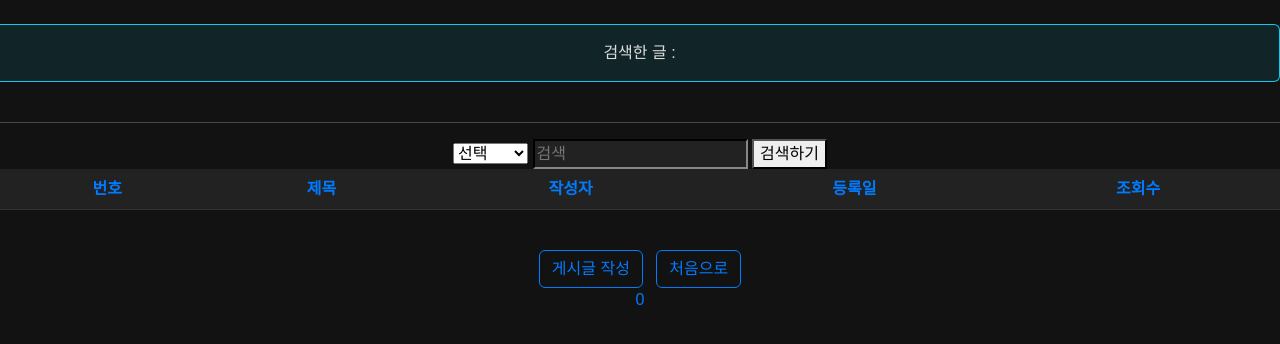
Repository: bbqju13/simai
Page: http://localhost/zip/WEB-INF/views/board/list.jsp
An editor plug-in stored every save of this project. The page is shown before and after the next save, followed by the edit.
The browser window is 1280 px wide. The pictures show the whole page.
The page is served by Tomcat 9. Nobody is signed in. Other server files are loaded and not shown. The template is opened directly, without the code that normally fills it, so the values that code supplies are empty.

Above is the page before, as saved 2023-06-19 06:09:58.

### zip/src/main/webapp/WEB-INF/views/board/list.jsp
<%@ page language="java" contentType="text/html; charset=UTF-8"
	pageEncoding="UTF-8"%>
<%@ taglib uri="http://java.sun.com/jsp/jstl/core" prefix="c"%>
<!DOCTYPE html>
<html>
<head>
<meta charset="UTF-8">
<link
	href="https://cdn.jsdelivr.net/npm/bootstrap@5.2.3/dist/css/bootstrap.min.css"
	rel="stylesheet"
	integrity="sha384-rbsA2VBKQhggwzxH7pPCaAqO46MgnOM80zW1RWuH61DGLwZJEdK2Kadq2F9CUG65"
	crossorigin="anonymous">
<script
	src="https://cdn.jsdelivr.net/npm/bootstrap@5.2.3/dist/js/bootstrap.bundle.min.js"
	integrity="sha384-kenU1KFdBIe4zVF0s0G1M5b4hcpxyD9F7jL+jjXkk+Q2h455rYXK/7HAuoJl+0I4"
	crossorigin="anonymous"></script>
<link rel="stylesheet" href="/resources/css/list.css">
<title>Board list</title>
</head>
<body class="text-center">

	<br>
	<div
		class="p-3 bg-info bg-opacity-10 border border-info border-start-0 rounded-end">
		<span>검색한 글 : ${ph.totalCnt }</span>
	</div>
	<br>
	<hr>
	<form action="/board/list" method="get">
		<div>
			<c:set value="${ph.pgvo.type }" var="typed"></c:set>
			<select name="type">
				<option ${typed == null ? 'selected' : ''}>선택</option>
				<option value="t" ${typed eq 't' ? 'selected' : '' }>|제목|</option>
				<option value="c" ${typed eq 'c' ? 'selected' : '' }>|내용|</option>
				<option value="w" ${typed eq 'w' ? 'selected' : '' }>|작성자|</option>
			</select> <input type="text" name="keyword" placeholder="검색"> <input
				type="hidden" name="pageNo" value="${ph.pgvo.pageNo }"> <input
				type="hidden" name="qty" value="${ph.pgvo.qty }">
			<button type="submit">검색하기</button>
		</div>
	</form>

	<table class="table table-striped">
		<thead>
			<tr>
				<th>번호</th>
				<th>제목</th>
				<th>작성자</th>
				<th>등록일</th>
				<th>조회수</th>
			</tr>
		</thead>
		<tbody>
			<c:forEach items="${list }" var="board">
				<tr>
					<td>${board.bno }</td>
					<td><a href="/board/detail?bno=${board.bno }">
							${board.title }</a></td>
					<td>${board.writer }</td>
					<td>${board.reg_date }</td>
					<td>${board.read_cnt }</td>
				</tr>
			</c:forEach>
		</tbody>
	</table>
	<br>
	<div class="btn-group" role="group" aria-label="Basic outlined example">
		<a href="/board/register">
			<button type="button" class="btn btn-outline-primary">게시글 작성</button>
		</a> &nbsp &nbsp <a href="/">
			<button type="button" class="btn btn-outline-primary">처음으로</button>
		</a>
	</div>
	<div>
		<c:if test="${ph.prev }">
			<a
				href="/board/list?pageNo=${ph.startPage - 1 }&qty=${ph.pgvo.qty}&type=${ph.pgvo.type}&keyword=${ph.pgvo.keyword}">◀
				| </a>
		</c:if>

		<c:forEach begin="${ph.startPage }" end="${ph.endPage }" var="i">
			<a
				href="/board/list?pageNo=${i }&qty=${ph.pgvo.qty}&type=${ph.pgvo.type}&keyword=${ph.pgvo.keyword}">
				${i } </a>
		</c:forEach>


		<c:if test="${ph.next }">
			<a
				href="/board/list?pageNo=${ph.endPage + 1 }&qty=${ph.pgvo.qty}&type=${ph.pgvo.type}&keyword=${ph.pgvo.keyword}">
				| ▶</a>
		</c:if>
	</div>
</body>
</html>

### zip/src/main/webapp/resources/css/list.css
@charset "UTF-8";

body {
	background-color: #121212;
	color: #ddd;
	font-family: Arial, sans-serif;
	margin: 0;
	padding: 0;
	box-sizing: border-box;
}

.container {
	max-width: 960px;
	margin: 0 auto;
	padding: 20px;
}

.table {
	background-color: #222;
	border-color: #333;
	transition: all 0.3s ease;
}

.table:hover {
	transform: scale(1.01);
	box-shadow: 0px 0px 10px rgba(0, 123, 255, 0.7);
}

.table thead th {
	color: #007bff;
}

.btn-outline-primary {
	border-color: #007bff;
	color: #007bff;
	background-color: transparent;
	transition: all 0.3s ease;
}

.btn-outline-primary:hover {
	background-color: #007bff;
	color: #fff;
	box-shadow: 0px 0px 10px rgba(255, 255, 255, 0.7);
}

a, a:hover {
	color: #007bff;
	text-decoration: none;
}

input[type="text"], select.form-select {
	background-color: #222;
	color: #ddd;
	border-color: #333;
}

After the next save:
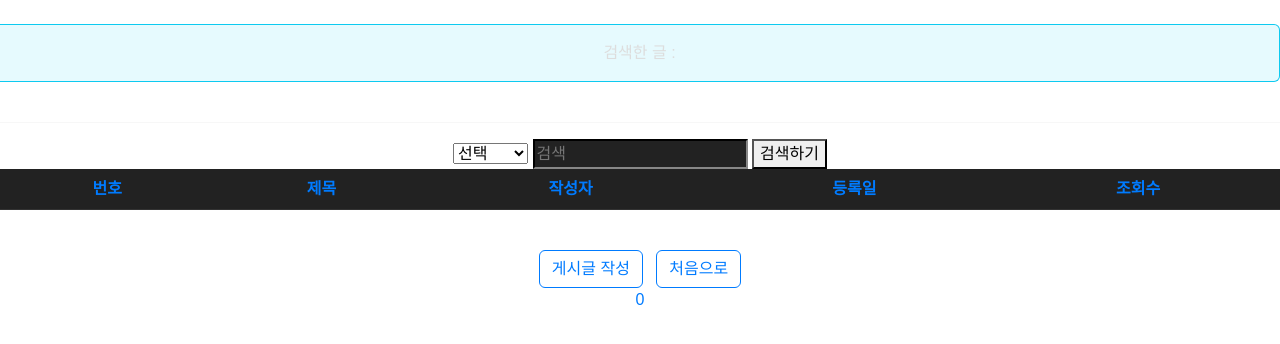
Saved 30 s later.
--- a/zip/src/main/webapp/resources/css/list.css
+++ b/zip/src/main/webapp/resources/css/list.css
@@ -1,7 +1,6 @@
 @charset "UTF-8";
 
 body {
-	background-color: #121212;
 	color: #ddd;
 	font-family: Arial, sans-serif;
 	margin: 0;

After the save that followed:
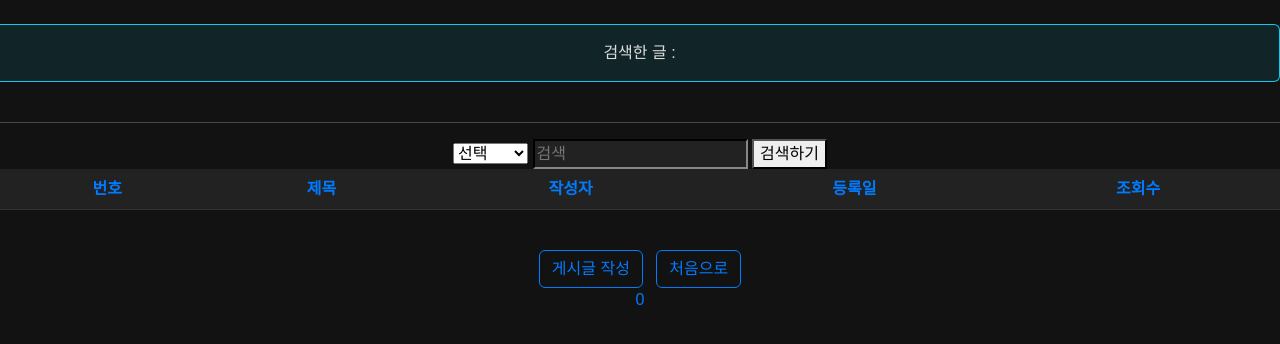
Saved 8 s later.
--- a/zip/src/main/webapp/resources/css/list.css
+++ b/zip/src/main/webapp/resources/css/list.css
@@ -1,6 +1,7 @@
 @charset "UTF-8";
 
 body {
+	background-color: #121212;
 	color: #ddd;
 	font-family: Arial, sans-serif;
 	margin: 0;
